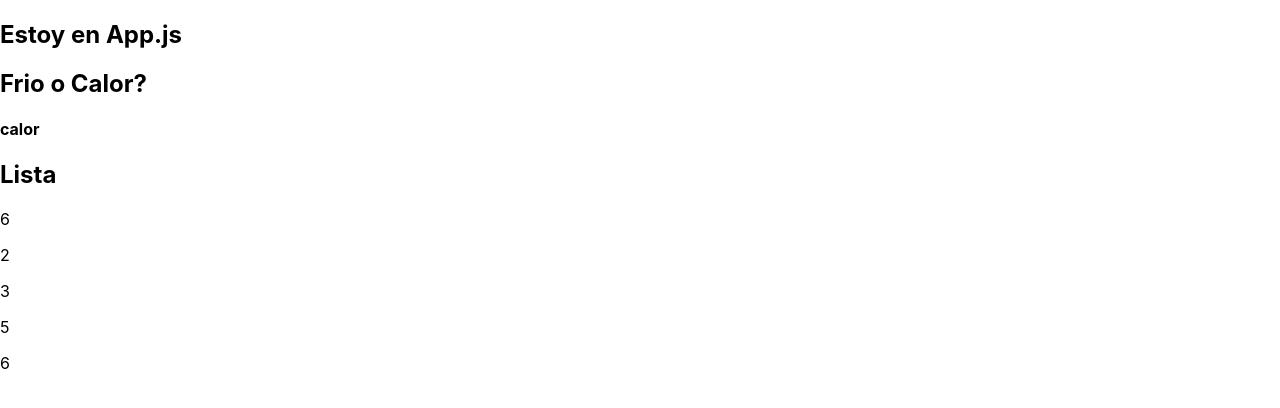
Repository: geraldine-ventura/Jsx-practica-terminada
Page: /
The author's editor kept a copy of each file at every save. The page is drawn from the files as they stood at one save, then again after the next save.
The browser window is 1280 px wide. The pictures show the whole page.
The project was rebuilt for these pictures with package versions that can differ from the ones it lists, and the page was loaded fresh each time.

Above is the page before, as saved 2022-12-28 19:34:57.

### src/App.js
import React from 'react'
import Jsx from "./componetes/Jsx"
import Lista from './componetes/Lista';

function App() {
  return (
    <div className="App">
    <h2>Estoy en App.js</h2>
    <Jsx></Jsx>
    <Lista></Lista>
    </div>
  );
}

export default App;

### src/componetes/Jsx.js
import React, { Fragment } from 'react'

const  Jsx= () => {
    //const saludo =" CONSTANTE PRUEBA"
    const temperatura=21;
    return (
        <Fragment>

    <h2>Frio o Calor?</h2>
    <h4>
       {
        temperatura > 20 ? "calor" : "frio"
       }
    </h4>
       </Fragment>
        );
}

export default Jsx;

### src/componetes/Lista.js
import React,{useState,Fragment} from 'react'
const  Lista= () => {

 const [arrayNumero, setNumero]= useState([6,2,3,5,6])

    return (
        <Fragment>
          <h2> Lista</h2>
          {
            arrayNumero.map((item )=>
                <p>{item}</p>
            )
          }
        </Fragment>
     );
}

export default Lista;

Loaded but not shown: public/index.html (common file); src/index.js (common file); src/index.css (common file); src/reportWebVitals.js (common file)

After the next save:
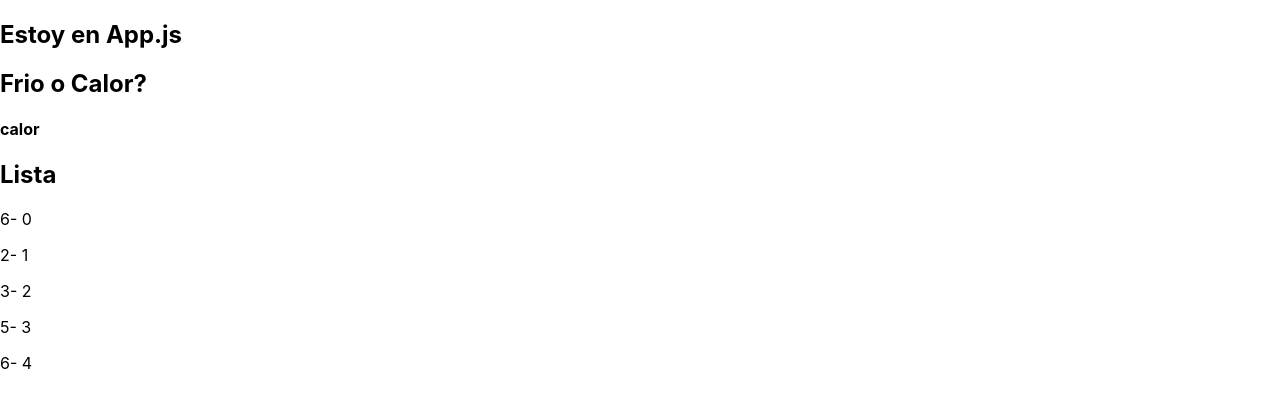
Saved 56 s later.
--- a/src/componetes/Lista.js
+++ b/src/componetes/Lista.js
@@ -7,8 +7,8 @@ const  Lista= () => {
         <Fragment>
           <h2> Lista</h2>
           {
-            arrayNumero.map((item )=>
-                <p>{item}</p>
+            arrayNumero.map((item,index )=>
+                <p>{item}- {index}</p>
             )
           }
         </Fragment>
